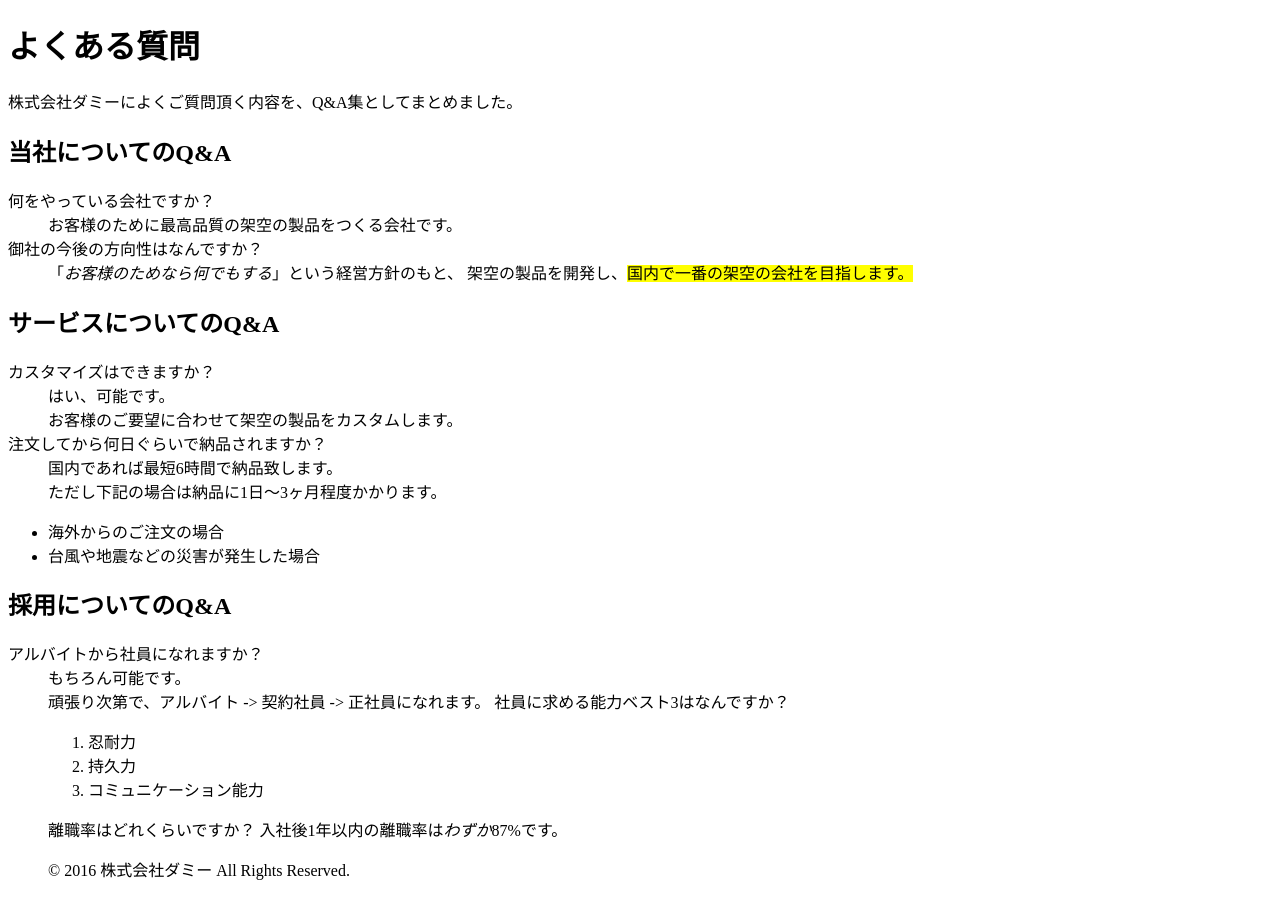
Repository: winc1980/practice-hp2022-wednesday
Page: ruka/practice1.html
These files come from the project's save history. The page is drawn as it stood at one moment and after a run of saves; the edit follows.
The browser window is 1280 px wide. The pictures show the whole page.

Above is the page before, as saved 2022-05-26 00:46:45.

### ruka/practice1.html
<!DOCTYPE html>
<html lang="ja">
<head>
    <meta charset="UTF-8">
    <meta http-equiv="X-UA-Compatible" content="IE=edge">
    <meta name="viewport" content="width=device-width, initial-scale=1.0">
    <title>よくある質問 | 架空の株式会社ダミー</title>
</head>
<body>
    <h1>よくある質問</h1>

<p>
株式会社ダミーによくご質問頂く内容を、Q&A集としてまとめました。
</p>

<h2>当社についてのQ&A</h2>


何をやっている会社ですか？
<dd>
お客様のために最高品質の架空の製品をつくる会社です。
</dd>

御社の今後の方向性はなんですか？
<dd>
「<cite>お客様のためなら何でもする</cite>」という経営方針のもと、
架空の製品を開発し、<mark>国内で一番の架空の会社を目指します。</mark>
</dd>


<h2>サービスについてのQ&A</h2>

カスタマイズはできますか？
<dd>
はい、可能です。<br>
お客様のご要望に合わせて架空の製品をカスタムします。
</dd>

注文してから何日ぐらいで納品されますか？
<dd>
国内であれば最短6時間で納品致します。<br>
ただし下記の場合は納品に1日〜3ヶ月程度かかります。
</dd>
<ul>
<li>
海外からのご注文の場合
</li>
<li>
台風や地震などの災害が発生した場合
</li>
</ul>
<h2>採用についてのQ&A</h2>

アルバイトから社員になれますか？
<dd>
もちろん可能です。<br>
頑張り次第で、アルバイト -> 契約社員 -> 正社員になれます。

社員に求める能力ベスト3はなんですか？
<ol>
<li>忍耐力</li>
<li>持久力</li>
<li>コミュニケーション能力</li>
</ol>



離職率はどれくらいですか？
入社後1年以内の離職率は<cite>わずか</cite>87%です。
<p>
© 2016 株式会社ダミー All Rights Reserved.
</p>
</body>
</html>

After the next 2 saves:
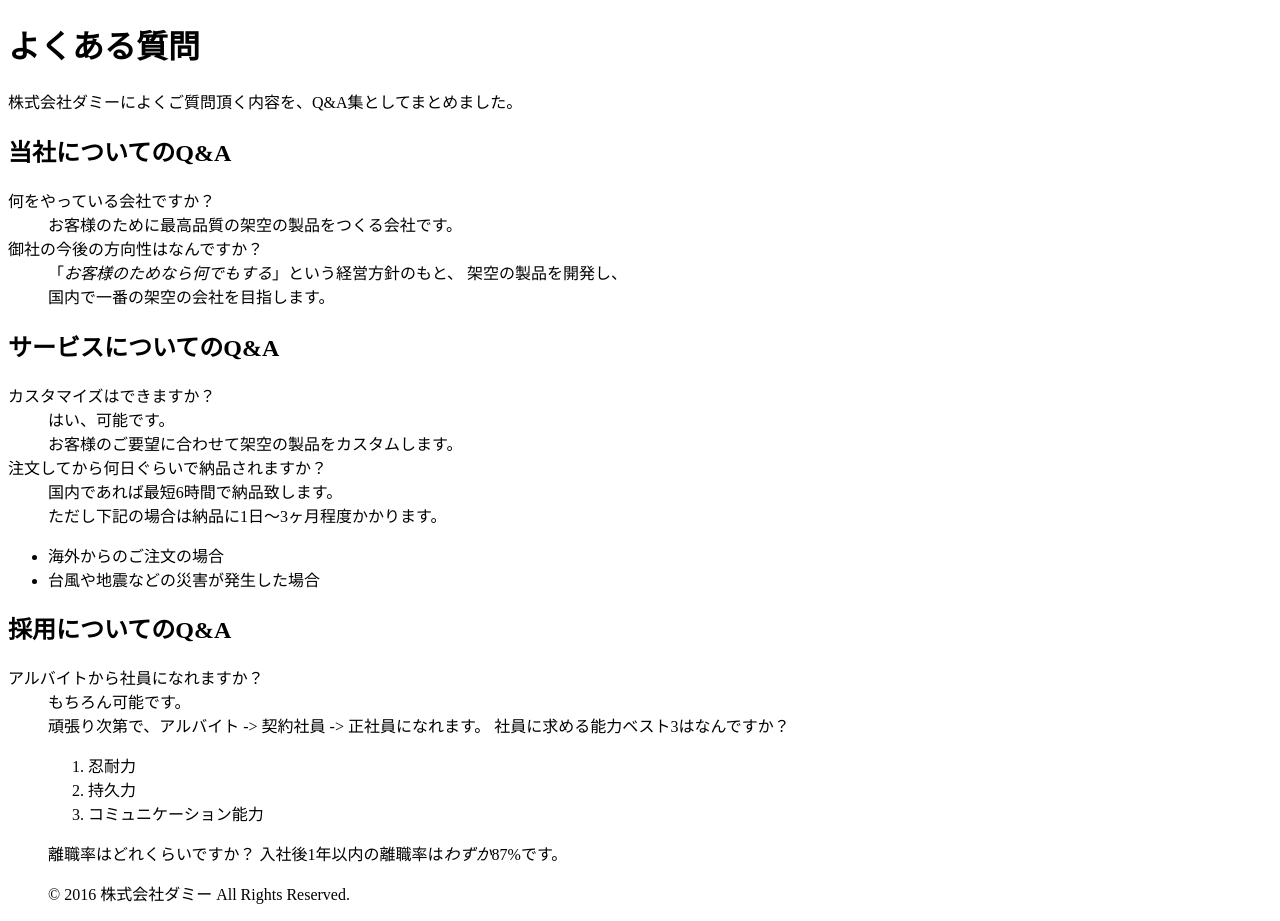
The 2 saves are shown as one change because they came seconds apart.
The last was saved 8 s later.
--- a/ruka/practice1.html
+++ b/ruka/practice1.html
@@ -24,7 +24,7 @@
 御社の今後の方向性はなんですか？
 <dd>
 「<cite>お客様のためなら何でもする</cite>」という経営方針のもと、
-架空の製品を開発し、<mark>国内で一番の架空の会社を目指します。</mark>
+架空の製品を開発し、<main>国内で一番の架空の会社を目指します。</main>
 </dd>
 
 
